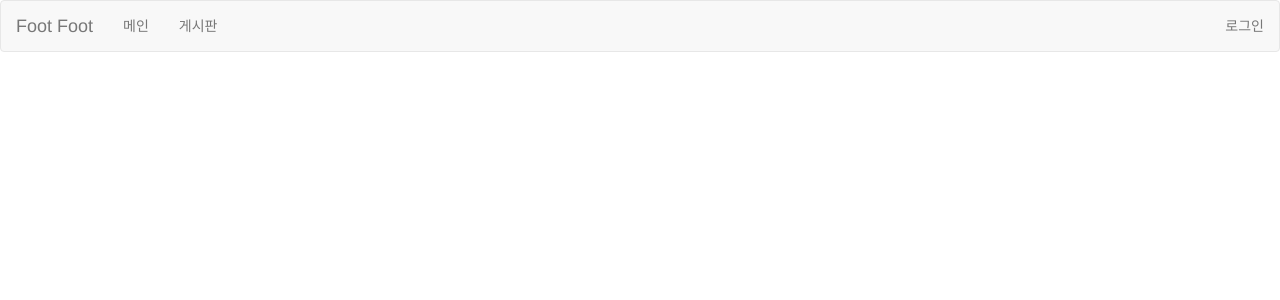
Repository: YuJunHa1/footfoot
Page: http://localhost/footfoot/main.jsp
These files come from the project's save history. The page is drawn as it stood at one moment and after the next save; the edit follows.
The browser window is 1280 px wide. The pictures show the whole page.
Some web libraries are served in a nearby version. The page is served by Tomcat 9. Other server files are loaded and not shown.

Above is the page before, as saved 2024-10-05 07:40:10.

### footfoot/src/main/webapp/main.jsp
<%@ page language="java" contentType="text/html; charset=UTF-8"
    pageEncoding="UTF-8"%>
<!DOCTYPE html>
<html>
<head>
<meta charset="UTF-8">
<meta name="viewport" content="text/html; initial-scale=1">
<link rel="stylesheet" href="css/bootstrap.css">
<title>footfoot</title>
</head>
<body>
	<nav class="navbar navbar-default">
		<div class="navbar-header">
			<button type="button" class="navbar-toggle collapsed"
				data-toggle="collapse" data-target="#bs-example-navbar-collapse-1"
				aria-expanded="false">
					<span class="icon-bar"></span>
					<span class="icon-bar"></span>
					<span class="icon-bar"></span>
				</button>
				<a class="navbar-brand" href="main.jsp">Foot Foot</a>
		</div>
		<div class="collapse navbar-collapse" id="bs-example-navbar-collapse-1">
			<ul class="nav navbar-nav">
				<li><a href="main.jsp">메인</a></li>
				<li><a href="bbs.jsp">게시판</a></li>
			</ul>
			<ul class="nav navbar-nav navbar-right">
				<li><a href="login.jsp">로그인</a></li>
			</ul>
		</div>
	</nav>
	<script src="https://code.jquery.com/jquery-3.1.1.min.js"></script>
	<script src="js/bootstrap.js"></script>
</body>
</html>

Loaded but not shown: footfoot/src/main/webapp/css/bootstrap.css (library); footfoot/src/main/webapp/js/bootstrap.js (library)

After the next save:
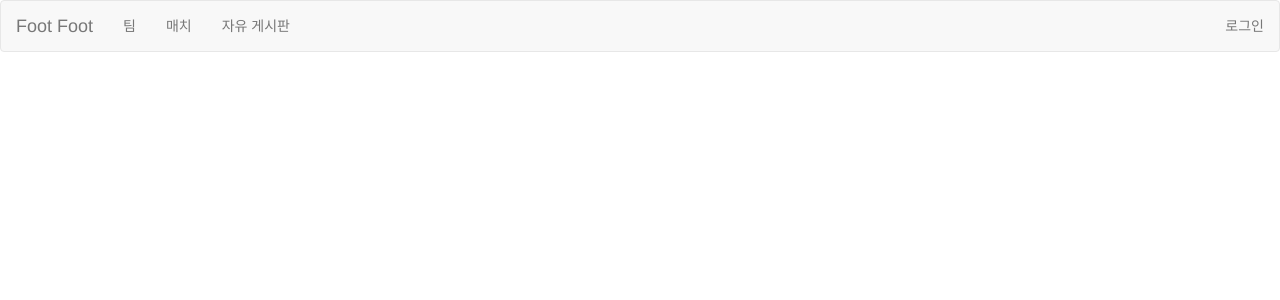
Saved 6 h 19 min later.
--- a/footfoot/src/main/webapp/main.jsp
+++ b/footfoot/src/main/webapp/main.jsp
@@ -22,8 +22,9 @@
 		</div>
 		<div class="collapse navbar-collapse" id="bs-example-navbar-collapse-1">
 			<ul class="nav navbar-nav">
-				<li><a href="main.jsp">메인</a></li>
-				<li><a href="bbs.jsp">게시판</a></li>
+				<li><a href="team.jsp">팀</a></li>
+				<li><a href="match.jsp">매치</a></li>
+				<li><a href="bbs.jsp">자유 게시판</a></li>
 			</ul>
 			<ul class="nav navbar-nav navbar-right">
 				<li><a href="login.jsp">로그인</a></li>
